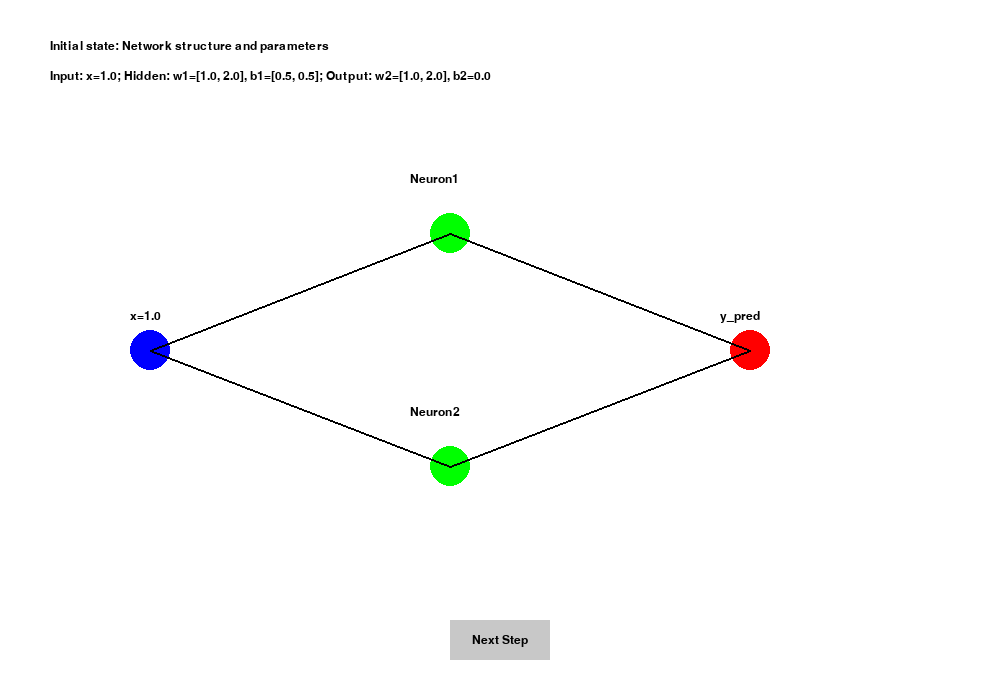
Repository: ducchuu/cnn_from_scratch
Script's output: python src/visualization/pygame_nn_simulator.py
An editor plug-in stored every save of this project. The script's output is shown before and after the next save, followed by the edit.
The window is shown after at most 60 frames with no key pressed. Random numbers start from a fixed seed.

Above is the script's output before, as saved 2025-02-13 05:29:33.

### src/visualization/pygame_nn_simulator.py
import pygame
import sys

# 初始化 pygame
pygame.init()

# 屏幕设置
screen_width = 1000
screen_height = 700
screen = pygame.display.set_mode((screen_width, screen_height))
pygame.display.set_caption("神经网络训练过程交互式可视化")

# 设置字体（使用更小的默认字体）
font = pygame.font.SysFont(None, 18)  # 字号调整为18

# 定义各层神经元的位置
input_pos = (150, screen_height // 2)
hidden1_pos = (450, screen_height // 3)
hidden2_pos = (450, screen_height * 2 // 3)
output_pos = (750, screen_height // 2)

# 定义"下一步"按钮的位置和大小
button_rect = pygame.Rect(screen_width // 2 - 50, screen_height - 80, 100, 40)

# 预定义各步的说明文字和对应的详细信息
steps = [
    {
        "desc": "Initial state: Network structure and parameters",
        "details": "Input: x=1.0; Hidden: w1=[1.0, 2.0], b1=[0.5, 0.5]; Output: w2=[1.0, 2.0], b2=0.0",
        "highlight_paths": [],
    },
    {
        "desc": "Forward pass: Calculate hidden layer weighted input",
        "details": "z1 = [1*1.0+0.5, 1*2.0+0.5] = [1.5, 2.5]",
        "highlight_paths": [(input_pos, hidden1_pos), (input_pos, hidden2_pos)],
    },
    {
        "desc": "Forward pass: Apply ReLU activation function",
        "details": "h = ReLU(z1) = [1.5, 2.5]",
        "highlight_paths": [(hidden1_pos, hidden1_pos), (hidden2_pos, hidden2_pos)],
    },
    {
        "desc": "Forward pass: Calculate output layer output",
        "details": "y_pred = h•w2 + b2 = 1.5*1.0 + 2.5*2.0 = 6.5",
        "highlight_paths": [(hidden1_pos, output_pos), (hidden2_pos, output_pos)],
    },
    {
        "desc": "Calculate loss: Use Mean Squared Error (MSE)",
        "details": "L = 0.5*(6.5-7.0)^2 = 0.125",
        "highlight_paths": [(output_pos, output_pos)],
    },
    {
        "desc": "Backward pass: Calculate output layer gradient",
        "details": "dL/dy_pred = y_pred - target = -0.5",
        "highlight_paths": [(output_pos, output_pos)],
    },
    {
        "desc": "Backward pass: Calculate output layer weight gradient",
        "details": "grad_w2 = dL/dy_pred * h = -0.5 * [1.5, 2.5] = [-0.75, -1.25]",
        "highlight_paths": [(hidden1_pos, output_pos), (hidden2_pos, output_pos)],
    },
    {
        "desc": "Backward pass: Gradient propagation to hidden layer",
        "details": "dL/dh = dL/dy_pred * w2 = [-0.5, -1.0]",
        "highlight_paths": [(output_pos, hidden1_pos), (output_pos, hidden2_pos)],
    },
    {
        "desc": "Backward pass: Calculate hidden layer weight gradient",
        "details": "grad_w1 = dL/dz1 * x = [-0.5, -1.0]",
        "highlight_paths": [(input_pos, hidden1_pos), (input_pos, hidden2_pos)],
    },
    {
        "desc": "Parameter update: Update all layer parameters",
        "details": "new_w1=[1.05,2.1], new_b1=[0.55,0.6]; new_w2=[1.075,2.125], new_b2=0.05",
        "highlight_paths": [
            (input_pos, hidden1_pos),
            (input_pos, hidden2_pos),
            (hidden1_pos, output_pos),
            (hidden2_pos, output_pos),
        ],
    },
]

# 修改颜色定义，使用更鲜明的配色
COLORS = {
    "input_value": (0, 120, 255),  # 深蓝色
    "weights": (50, 50, 50),  # 深灰色
    "activation": (34, 139, 34),  # 森林绿
    "gradients": (220, 20, 60),  # 猩红色
    "loss": (255, 140, 0),  # 深橙色
    "updated_params": (148, 0, 211),  # 深紫色
    "neuron_label": (0, 0, 0),  # 黑色
}

# 当前步骤变量（初始为 0）
step = 0


def get_edge_text_positions(start_pos, end_pos):
    # 计算边的中点
    mid_x = (start_pos[0] + end_pos[0]) // 2
    mid_y = (start_pos[1] + end_pos[1]) // 2

    # 计算边的方向向量
    dx = end_pos[0] - start_pos[0]
    dy = end_pos[1] - start_pos[1]

    # 计算垂直于边的方向
    length = (dx**2 + dy**2) ** 0.5
    if length != 0:
        normal_x = -dy / length
        normal_y = dx / length
    else:
        normal_x, normal_y = 0, 1

    # 增加层级间距
    offset = 50
    return {
        "top3": (mid_x + normal_x * offset * 3, mid_y + normal_y * offset * 3),
        "top2": (mid_x + normal_x * offset * 2, mid_y + normal_y * offset * 2),
        "top1": (mid_x + normal_x * offset, mid_y + normal_y * offset),
        "mid": (mid_x, mid_y),
        "bottom1": (mid_x - normal_x * offset, mid_y - normal_y * offset),
        "bottom2": (mid_x - normal_x * offset * 2, mid_y - normal_y * offset * 2),
        "bottom3": (mid_x - normal_x * offset * 3, mid_y - normal_y * offset * 3),
    }


def draw_network(screen, step):
    screen.fill((255, 255, 255))
    screen_rect = screen.get_rect()

    # 根据前向传播过程定义相关变量
    # 定义输入层的输入值
    x = 1.0
    # 计算隐藏层的加权输入 z1，根据步骤1的示例计算
    z1 = [x * 1.0 + 0.5, x * 2.0 + 0.5]  # 得到 [1.5, 2.5]
    # 使用 ReLU 激活函数计算隐藏层输出 h
    h = [max(0, val) for val in z1]  # 结果为 [1.5, 2.5]

    # 画出各层神经元：用圆圈表示
    # 输入层（蓝色）
    pygame.draw.circle(screen, (0, 0, 255), input_pos, 20)
    # 隐藏层（绿色）
    pygame.draw.circle(screen, (0, 255, 0), hidden1_pos, 20)
    pygame.draw.circle(screen, (0, 255, 0), hidden2_pos, 20)
    # 输出层（红色）
    pygame.draw.circle(screen, (255, 0, 0), output_pos, 20)

    # 画出各层之间的连线
    pygame.draw.line(screen, (0, 0, 0), input_pos, hidden1_pos, 2)
    pygame.draw.line(screen, (0, 0, 0), input_pos, hidden2_pos, 2)
    pygame.draw.line(screen, (0, 0, 0), hidden1_pos, output_pos, 2)
    pygame.draw.line(screen, (0, 0, 0), hidden2_pos, output_pos, 2)

    # 在输入层节点旁显示 x=1.0
    text = font.render("x=1.0", True, (0, 0, 0))
    screen.blit(text, (input_pos[0] - 20, input_pos[1] - 40))

    # 在隐藏层节点旁显示神经元标签
    text = font.render("Neuron1", True, COLORS["neuron_label"])
    screen.blit(text, (hidden1_pos[0] - 40, hidden1_pos[1] - 60))
    text = font.render("Neuron2", True, COLORS["neuron_label"])
    screen.blit(text, (hidden2_pos[0] - 40, hidden2_pos[1] - 60))

    # 在输出层节点旁显示 y_pred 标签
    text = font.render("y_pred", True, (0, 0, 0))
    screen.blit(text, (output_pos[0] - 30, output_pos[1] - 40))

    # 获取边的文本位置
    input_hidden1_pos = get_edge_text_positions(input_pos, hidden1_pos)
    input_hidden2_pos = get_edge_text_positions(input_pos, hidden2_pos)
    hidden1_output_pos = get_edge_text_positions(hidden1_pos, output_pos)
    hidden2_output_pos = get_edge_text_positions(hidden2_pos, output_pos)

    # 统一文本渲染方法
    def render_text(text, color, position, align="topleft"):
        text_surf = font.render(text, True, color)
        text_rect = text_surf.get_rect()
        setattr(text_rect, align, position)
        text_rect.clamp_ip(screen_rect)
        screen.blit(text_surf, text_rect)

    # 权重显示
    weight_positions = {
        "input_hidden1": get_edge_text_positions(input_pos, hidden1_pos)["mid"],
        "input_hidden2": get_edge_text_positions(input_pos, hidden2_pos)["mid"],
        "hidden1_output": get_edge_text_positions(hidden1_pos, output_pos)["mid"],
        "hidden2_output": get_edge_text_positions(hidden2_pos, output_pos)["mid"],
    }

    # 动态布局系统
    info_zones = {
        "input": {"base": (input_pos[0] - 50, input_pos[1] - 100), "offset": 0},
        "hidden1": {"base": (hidden1_pos[0] + 30, hidden1_pos[1] - 50), "offset": 0},
        "hidden2": {"base": (hidden2_pos[0] + 30, hidden2_pos[1] - 50), "offset": 0},
        "output": {"base": (output_pos[0] + 30, output_pos[1] - 50), "offset": 0},
        "edges": {"base": (screen_width // 2, 100), "offset": 0},
    }

    # 步骤相关显示
    if step >= 1:
        render_text(
            f"z1: {z1[0]:.1f}",
            COLORS["activation"],
            (hidden1_pos[0] + 30, hidden1_pos[1] - 30),
        )
        render_text(
            f"z1: {z1[1]:.1f}",
            COLORS["activation"],
            (hidden2_pos[0] + 30, hidden2_pos[1] - 30),
        )

    if step >= 2:
        render_text(
            f"h: {h[0]:.1f}",
            COLORS["activation"],
            (hidden1_pos[0] + 30, hidden1_pos[1] + 20),
        )
        render_text(
            f"h: {h[1]:.1f}",
            COLORS["activation"],
            (hidden2_pos[0] + 30, hidden2_pos[1] + 20),
        )

    # 梯度信息显示（使用分层布局）
    grad_layers = {
        6: ("top1", "grad_w2 = [-0.75, -1.25]"),
        7: ("bottom1", "dL/dh = [-0.5, -1.0]"),
        8: ("top2", "grad_w1 = [-0.5, -1.0]"),
    }

    for s, (layer, text) in grad_layers.items():
        if step >= s:
            pos1 = get_edge_text_positions(hidden1_pos, output_pos)[layer]
            pos2 = get_edge_text_positions(hidden2_pos, output_pos)[layer]
            render_text(text, COLORS["gradients"], pos1, "center")
            render_text(text, COLORS["gradients"], pos2, "center")

    # 其他信息显示
    if step >= 3:
        render_text(
            "y_pred: 6.5", COLORS["gradients"], (output_pos[0] + 40, output_pos[1] - 30)
        )

    if step >= 4:
        render_text(
            "Loss: 0.125", COLORS["loss"], (output_pos[0] + 40, output_pos[1] + 10)
        )

    if step >= 5:
        render_text(
            "dL/dy: -0.5", COLORS["gradients"], (output_pos[0] + 40, output_pos[1] + 50)
        )

    # 在屏幕顶部显示当前步骤的说明
    current_step = steps[step]
    step_text = font.render(current_step["desc"], True, (0, 0, 0))
    screen.blit(step_text, (50, 40))
    detail_text = font.render(current_step["details"], True, (0, 0, 0))
    screen.blit(detail_text, (50, 70))

    # 调整"Next Step"按钮样式
    pygame.draw.rect(screen, (200, 200, 200), button_rect)
    button_text = font.render("Next Step", True, (0, 0, 0))
    button_text_rect = button_text.get_rect(center=button_rect.center)
    screen.blit(button_text, button_text_rect)

    # 绘制高亮路径
    current_step = steps[step]
    for path in current_step["highlight_paths"]:
        pygame.draw.line(screen, (255, 255, 0), path[0], path[1], 4)  # 黄色高亮


# 主循环
clock = pygame.time.Clock()
running = True

while running:
    clock.tick(30)  # 控制帧率 30 FPS

    for event in pygame.event.get():
        if event.type == pygame.QUIT:
            running = False
            break

        # 点击鼠标按钮（仅响应按钮范围内的点击）
        if event.type == pygame.MOUSEBUTTONDOWN:
            if button_rect.collidepoint(event.pos):
                if step < len(steps) - 1:
                    step += 1
                else:
                    # 如果已完成所有步骤，则重置回初始状态
                    step = 0

    # 绘制网络和步骤信息
    draw_network(screen, step)

    # 更新屏幕
    pygame.display.flip()

pygame.quit()
sys.exit()

After the next save:
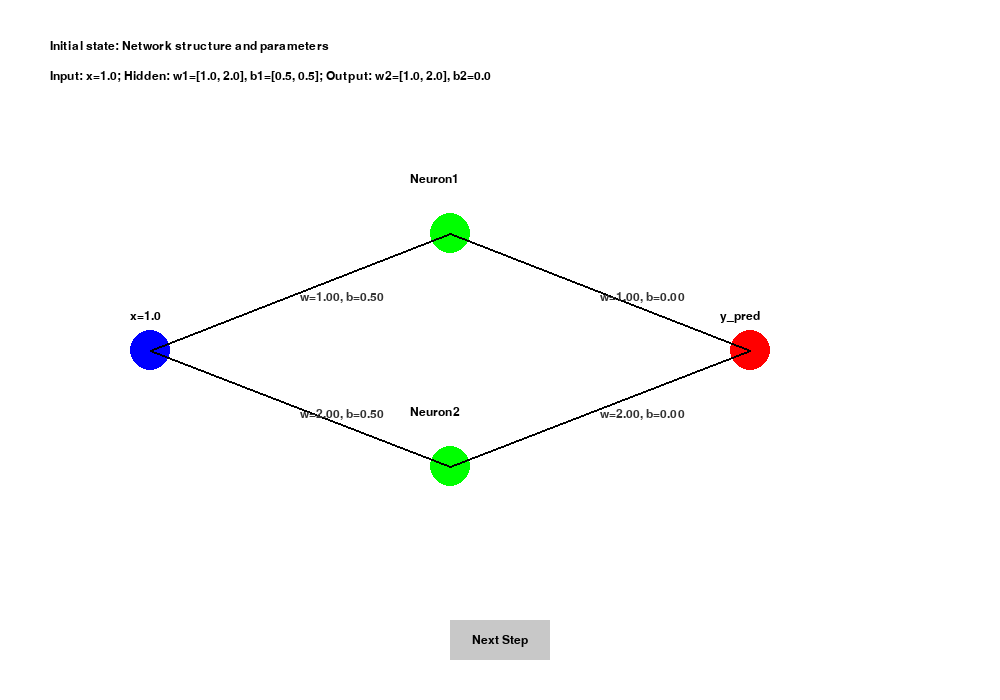
Saved 87 s later.
--- a/src/visualization/pygame_nn_simulator.py
+++ b/src/visualization/pygame_nn_simulator.py
@@ -106,24 +106,22 @@ def get_edge_text_positions(start_pos, end_pos):
     dy = end_pos[1] - start_pos[1]
 
     # 计算垂直于边的方向
-    length = (dx**2 + dy**2) ** 0.5
+    length = (dx * dx + dy * dy) ** 0.5
     if length != 0:
         normal_x = -dy / length
         normal_y = dx / length
     else:
         normal_x, normal_y = 0, 1
 
-    # 增加层级间距
-    offset = 50
-    return {
-        "top3": (mid_x + normal_x * offset * 3, mid_y + normal_y * offset * 3),
-        "top2": (mid_x + normal_x * offset * 2, mid_y + normal_y * offset * 2),
-        "top1": (mid_x + normal_x * offset, mid_y + normal_y * offset),
-        "mid": (mid_x, mid_y),
-        "bottom1": (mid_x - normal_x * offset, mid_y - normal_y * offset),
-        "bottom2": (mid_x - normal_x * offset * 2, mid_y - normal_y * offset * 2),
-        "bottom3": (mid_x - normal_x * offset * 3, mid_y - normal_y * offset * 3),
+    # 返回更多的文本位置选项
+    positions = {
+        "top2": (mid_x + normal_x * 60, mid_y + normal_y * 60),  # 最上层
+        "top1": (mid_x + normal_x * 30, mid_y + normal_y * 30),  # 上层
+        "middle": (mid_x, mid_y),  # 中间
+        "bottom1": (mid_x - normal_x * 30, mid_y - normal_y * 30),  # 下层
+        "bottom2": (mid_x - normal_x * 60, mid_y - normal_y * 60),  # 最下层
     }
+    return positions
 
 
 def draw_network(screen, step):
@@ -173,85 +171,73 @@ def draw_network(screen, step):
     hidden1_output_pos = get_edge_text_positions(hidden1_pos, output_pos)
     hidden2_output_pos = get_edge_text_positions(hidden2_pos, output_pos)
 
-    # 统一文本渲染方法
-    def render_text(text, color, position, align="topleft"):
-        text_surf = font.render(text, True, color)
-        text_rect = text_surf.get_rect()
-        setattr(text_rect, align, position)
-        text_rect.clamp_ip(screen_rect)
-        screen.blit(text_surf, text_rect)
-
-    # 权重显示
-    weight_positions = {
-        "input_hidden1": get_edge_text_positions(input_pos, hidden1_pos)["mid"],
-        "input_hidden2": get_edge_text_positions(input_pos, hidden2_pos)["mid"],
-        "hidden1_output": get_edge_text_positions(hidden1_pos, output_pos)["mid"],
-        "hidden2_output": get_edge_text_positions(hidden2_pos, output_pos)["mid"],
-    }
-
-    # 动态布局系统
-    info_zones = {
-        "input": {"base": (input_pos[0] - 50, input_pos[1] - 100), "offset": 0},
-        "hidden1": {"base": (hidden1_pos[0] + 30, hidden1_pos[1] - 50), "offset": 0},
-        "hidden2": {"base": (hidden2_pos[0] + 30, hidden2_pos[1] - 50), "offset": 0},
-        "output": {"base": (output_pos[0] + 30, output_pos[1] - 50), "offset": 0},
-        "edges": {"base": (screen_width // 2, 100), "offset": 0},
-    }
-
-    # 步骤相关显示
+    # 按照显示优先级绘制文本
+    # 1. 首先显示权重和偏置（在中间位置）
+    if step < 9:
+        # 初始参数
+        text = font.render(f"w=1.00, b=0.50", True, COLORS["weights"])
+        screen.blit(text, input_hidden1_pos["middle"])
+        text = font.render(f"w=2.00, b=0.50", True, COLORS["weights"])
+        screen.blit(text, input_hidden2_pos["middle"])
+
+        text = font.render(f"w=1.00, b=0.00", True, COLORS["weights"])
+        screen.blit(text, hidden1_output_pos["middle"])
+        text = font.render(f"w=2.00, b=0.00", True, COLORS["weights"])
+        screen.blit(text, hidden2_output_pos["middle"])
+    else:
+        # 更新后的参数
+        text = font.render(f"w=1.05, b=0.55", True, COLORS["updated_params"])
+        screen.blit(text, input_hidden1_pos["middle"])
+        text = font.render(f"w=2.10, b=0.60", True, COLORS["updated_params"])
+        screen.blit(text, input_hidden2_pos["middle"])
+
+        text = font.render(f"w=1.075, b=0.05", True, COLORS["updated_params"])
+        screen.blit(text, hidden1_output_pos["middle"])
+        text = font.render(f"w=2.125, b=0.05", True, COLORS["updated_params"])
+        screen.blit(text, hidden2_output_pos["middle"])
+
+    # 2. 显示梯度信息（在上下不同层次）
+    if step >= 6:
+        # 输出层权重梯度
+        text = font.render("grad_w2 = [-0.75, -1.25]", True, COLORS["gradients"])
+        screen.blit(text, hidden1_output_pos["top2"])
+
+    if step >= 7:
+        # 隐藏层梯度
+        text = font.render("dL/dh = [-0.5, -1.0]", True, COLORS["gradients"])
+        screen.blit(text, hidden1_output_pos["bottom2"])
+        screen.blit(text, hidden2_output_pos["bottom2"])
+
+    if step >= 8:
+        # 输入层权重梯度
+        text = font.render("grad_w1 = [-0.5, -1.0]", True, COLORS["gradients"])
+        screen.blit(text, input_hidden1_pos["top2"])
+
+    # 3. 节点值显示（使用更大的间距）
     if step >= 1:
-        render_text(
-            f"z1: {z1[0]:.1f}",
-            COLORS["activation"],
-            (hidden1_pos[0] + 30, hidden1_pos[1] - 30),
-        )
-        render_text(
-            f"z1: {z1[1]:.1f}",
-            COLORS["activation"],
-            (hidden2_pos[0] + 30, hidden2_pos[1] - 30),
-        )
+        text = font.render(f"z={z1[0]:.1f}", True, COLORS["activation"])
+        screen.blit(text, (hidden1_pos[0] + 30, hidden1_pos[1] - 50))
+        text = font.render(f"z={z1[1]:.1f}", True, COLORS["activation"])
+        screen.blit(text, (hidden2_pos[0] + 30, hidden2_pos[1] - 50))
 
     if step >= 2:
-        render_text(
-            f"h: {h[0]:.1f}",
-            COLORS["activation"],
-            (hidden1_pos[0] + 30, hidden1_pos[1] + 20),
-        )
-        render_text(
-            f"h: {h[1]:.1f}",
-            COLORS["activation"],
-            (hidden2_pos[0] + 30, hidden2_pos[1] + 20),
-        )
-
-    # 梯度信息显示（使用分层布局）
-    grad_layers = {
-        6: ("top1", "grad_w2 = [-0.75, -1.25]"),
-        7: ("bottom1", "dL/dh = [-0.5, -1.0]"),
-        8: ("top2", "grad_w1 = [-0.5, -1.0]"),
-    }
-
-    for s, (layer, text) in grad_layers.items():
-        if step >= s:
-            pos1 = get_edge_text_positions(hidden1_pos, output_pos)[layer]
-            pos2 = get_edge_text_positions(hidden2_pos, output_pos)[layer]
-            render_text(text, COLORS["gradients"], pos1, "center")
-            render_text(text, COLORS["gradients"], pos2, "center")
-
-    # 其他信息显示
+        text = font.render(f"h={h[0]:.1f}", True, COLORS["activation"])
+        screen.blit(text, (hidden1_pos[0] + 30, hidden1_pos[1]))
+        text = font.render(f"h={h[1]:.1f}", True, COLORS["activation"])
+        screen.blit(text, (hidden2_pos[0] + 30, hidden2_pos[1]))
+
+    # 4. 输出层信息（使用更大的垂直间距）
     if step >= 3:
-        render_text(
-            "y_pred: 6.5", COLORS["gradients"], (output_pos[0] + 40, output_pos[1] - 30)
-        )
+        text = font.render("y_pred=6.5", True, COLORS["gradients"])
+        screen.blit(text, (output_pos[0] + 40, output_pos[1] - 20))
 
     if step >= 4:
-        render_text(
-            "Loss: 0.125", COLORS["loss"], (output_pos[0] + 40, output_pos[1] + 10)
-        )
+        text = font.render("L = 0.125", True, COLORS["loss"])
+        screen.blit(text, (output_pos[0] + 40, output_pos[1] + 40))
 
     if step >= 5:
-        render_text(
-            "dL/dy: -0.5", COLORS["gradients"], (output_pos[0] + 40, output_pos[1] + 50)
-        )
+        text = font.render("dL/dy_pred = -0.5", True, COLORS["gradients"])
+        screen.blit(text, (output_pos[0] + 40, output_pos[1] + 10))
 
     # 在屏幕顶部显示当前步骤的说明
     current_step = steps[step]
